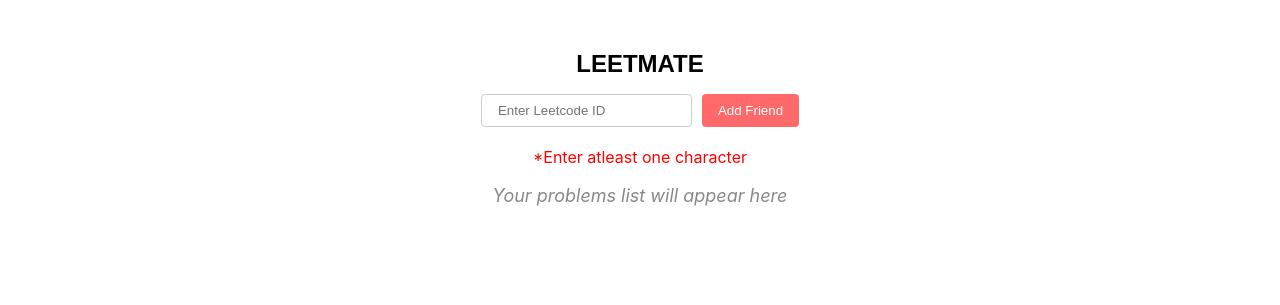
Repository: Sanketh149/leetcode-discord
Page: /
An editor plug-in stored every save of this project. The page is shown before and after the next save, followed by the edit.
The browser window is 1280 px wide. The pictures show the whole page.
The project was rebuilt for these pictures with package versions that can differ from the ones it lists, and the page was loaded fresh each time. Also part of the build but not shown: src/Modal.module.css, src/Modal.js, src/Cart.module.css, src/Cart.js.

Above is the page before, as saved 2023-06-21 17:58:15.

After the next save:
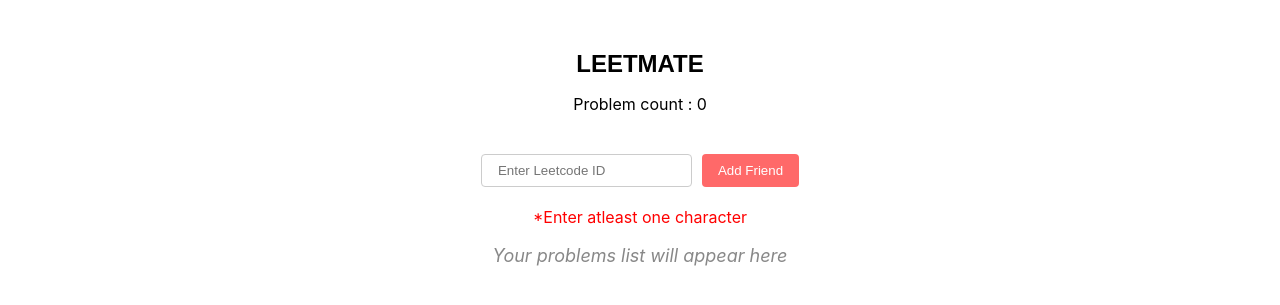
Saved 48 s later.
--- a/src/App.js
+++ b/src/App.js
@@ -81,9 +81,7 @@
     <div className="app">
       {cartIsShown && <Cart onClose={hideCartHandler} shownName={username} />}
       <h1 className="app__title">LEETMATE</h1>
-      {user.length > 0 && (
-        <div className="probCount"> Problem count : {user.length}</div>
-      )}
+      <div className="probCount"> Problem count : {user.length}</div>
       <form onSubmit={handleSubmit} className="app__form">
         <input
           type="text"
